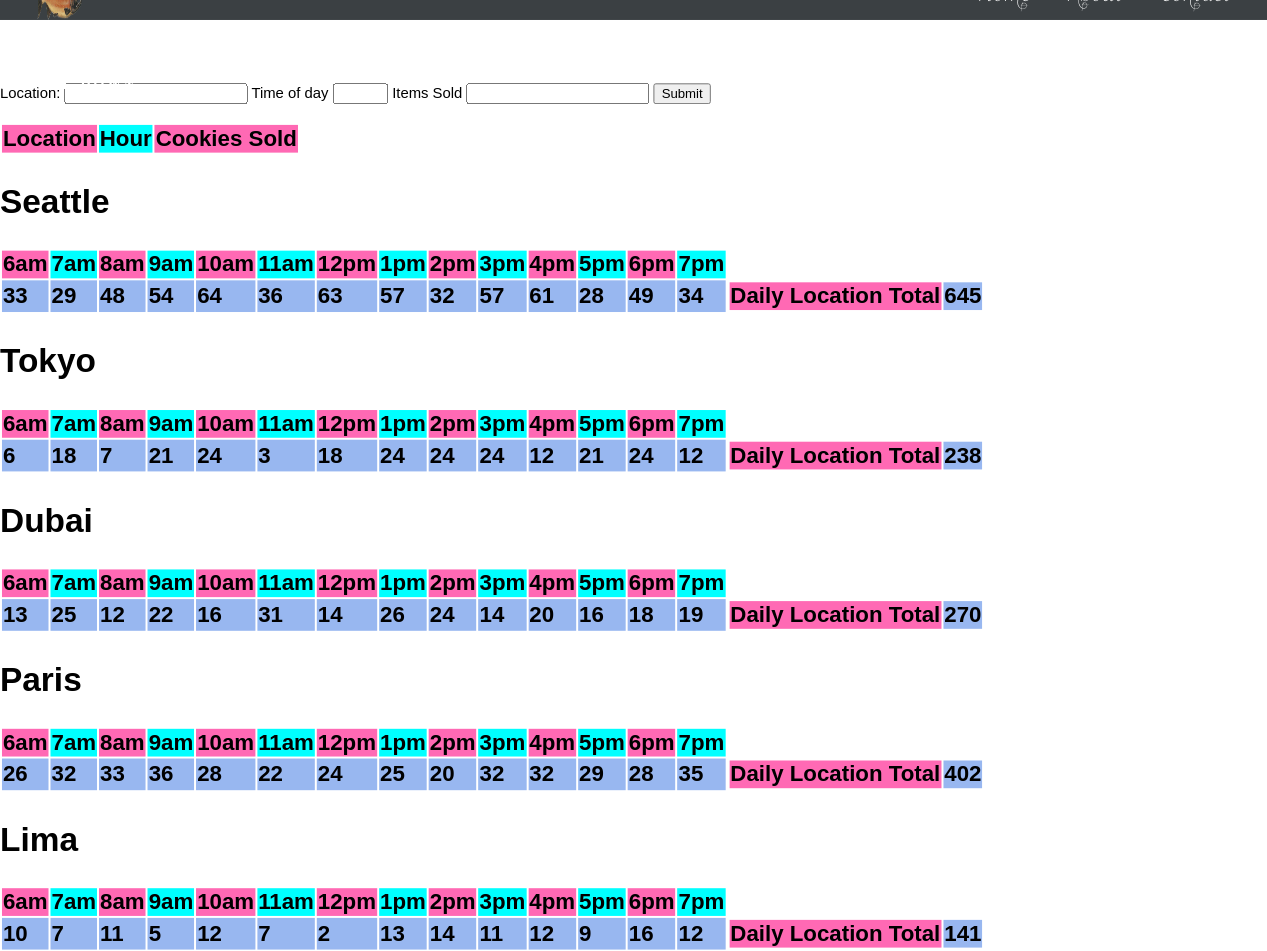
Repository: aaron1986/cookie_stand
Page: index.html
An editor plug-in stored every save of this project. The page is shown before and after the next save, followed by the edit.
The browser window is 1280 px wide. The pictures show the part of the page from y = 583 to 1544 px (the page is 1544 px tall before and 1245 px after), at 99% of full size.
A picture or video elsewhere on the page could not be fetched, so the positions and the page height are approximate.

Above is the page before, as saved 2023-09-28 15:36:41.

### index.html
<!DOCTYPE html>
<html lang="en">
<head>
    <meta charset="UTF-8">
    <meta name="viewport" content="width=device-width, initial-scale=1.0">
    <link rel="stylesheet" href="./style.css">
    <script src="./app.js" defer></script>
    <title>Document</title>
</head>
<body>
    <header>
        <video autoplay muted loop>
            <source src="./vid/salmon.mp4">
        </video>

     <!-- heading text -->
     <div class="container">
        <div class="hero-text">
            <h1>Experience <br>Salmon <br>Cookies</h1>
                <a class="scroll-down">Scroll Down</a>
         </div> <!-- end of hero-text -->
     </div> <!-- end of container -->

    </header>

    <main>


        <nav>
            <img src="./img/salmon.png">
            <ul>

                <li><a href="#">Home</a></li>
                <li><a href="#">About</a></li>
                <li><a href="#">Contact</a></li>
            </ul>
         </nav>

         <!-- form to insert data into table -->



         <div class="container">
        <form id="cookiesShop">
            <label for="location">Location: </label>
            <input type="text" id="location" name="location">

            <label for="hour">Time of day</label>
            <input type="number" id="hour" name="hour" min="6" max="19">

            <label for="cookiesSold">Items Sold</label>
            <input type="number" id="cookiesSold" name="cookiesSold" min="0">

            <button>Submit</button>

         </form>

         <h2>
            <table id="salesTable">
                <tr>
                    <th>Location</th>
                    <th>Hour</th>
                    <th>Cookies Sold</th>
                </tr>
            </table>

            <div id="shop-location"></div>
         </h2>
         </div>



    </main>

    <footer>

    </footer>
</body>
</html>

### style.css
th:nth-child(even) {
    background-color: aqua;
}

th:nth-child(odd) {
    background-color: hotpink;
}

td {
    background-color: rgb(152, 183, 240);
}


html, body {
    display: block;
    width: 100%;
    height:100%;
    margin: 0;
    padding: 0;
    background: transparent;
    font-size: 15px;
    font-family: "itc-avant-garde-gothic-pro", sans-serif;
}

.container {
    margin-top:5%;
}

video {
    margin-top: -6%;
    left: 0;
    width: 100%;
    height: 100%;
    background-color: rgba(0,0,0,.3);
    z-index: 1;
  }



/* start of hero text */

.hero-text {
    width: 100%;
  margin-top:-25%;
}


h1 {
    font-family: "heading-text";
    font-weight: 400;
  font-style: normal;
  font-size: 90px;
  color: #fff;
  text-indent: -16px;
    line-height: 78px;
    margin-bottom: 19px;
    text-align: center;
    justify-content: center;

}

@font-face {
    font-family: 'heading-text';
    src: url('./fonts/GarineldoNo02.otf');
}

.scroll-down {
    font: 700 14px/22px "Montserrat",serif;
  color: #fff;
  text-transform: uppercase;
  letter-spacing: 3px;
  bottom: 40px;
  z-index: 2;
  text-align: center;
  position: absolute;
}

/* end of hero text */


/* start of navigation */
nav {
    background-color: #3B4043;
    height:55px;
    margin-top: -15px;
}
ul {
   display: flex;
   justify-content: flex-end;
}
li {
    display: inline;
    margin-right: 3%;
    margin-top: -5%;
    font-family: "heading-text";
    font-size: 32px;
}

li a {
    color: #fff;
    text-decoration: none;
    list-style: none;
}

a:hover {
    transition: opacity .55s .2s,top .55s;
  opacity: .55;
  top: -10px;
  color: #d3b298;
  border-top: 2px solid #d3b298;
}

img {
    width: 45px;
    height:55px;
    margin-left:3%;
}

img:hover {
	-webkit-filter: grayscale(100%) blur(3px);
	filter: grayscale(100%) blur(3px);
}

### app.js
const Hours = ['6am', '7am', '8am', '9am', '10am', '11am', '12pm', '1pm', '2pm', '3pm', '4pm', '5pm', '6pm', '7pm'];

function randonNumber(min, max) {
    return Math.floor(Math.random() * (max - min + 1)) + min;
}

function ShopLocation(location, min, max, avg) {
    this.location = location;
    this.min = min;
    this.max = max;
    this.avg = avg;
    this.customersPerHour = [];
    this.cookiesPerHour = [];
    this.totalSold = 0;


    this.calcTotal = function() {
        for(let i = 0; i < Hours.length; i++) {
            const randNum = randonNumber(this.min, this.max);
                this.customersPerHour.push(randNum);
                this.cookiesPerHour.push(randNum * this.avg);
        }
    };

}

const shopLocationSeattle = new ShopLocation ("Seattle", 23, 65, 6.3);

const shopLocationTokyo = new ShopLocation("Tokyo", 3, 24, 1.2);

const shopLocationDubai = new ShopLocation("Dubai",11,38,3.7);

const shopLocationParis = new ShopLocation("Paris",20,38,2.3);

const shopLocationLima = new ShopLocation("Lima",2,16,4,6);

shopLocationSeattle.calcTotal();
shopLocationTokyo.calcTotal();
shopLocationDubai.calcTotal();
shopLocationParis.calcTotal();
shopLocationLima.calcTotal();


const shopLocationHtml = document.getElementById("shop-location");

function createShopLocation(locationData) {
    const article = document.createElement("article");

    //Headers
    const h2 = document.createElement("h2");
    h2.textContent = locationData.location;
    article.appendChild(h2);


    //Table information
    const table = document.createElement("table");

    const thead = document.createElement("thead");
    const headerRow = document.createElement("tr");

    // Loop through the hours and create table headers
    for (let i = 0; i < locationData.customersPerHour.length; i++) {
        const th = document.createElement("th");
        th.textContent = `${Hours[i]}`;
        headerRow.appendChild(th);
    }

    thead.appendChild(headerRow);
    table.appendChild(thead);

    const tbody = document.createElement("tbody");
    const dataRow = document.createElement("tr");

    // Loop through the customersPerHour
    for (let i = 0; i < locationData.customersPerHour.length; i++) {
        const td = document.createElement("td");
        td.textContent = `${locationData.customersPerHour[i]}`;
        dataRow.appendChild(td);
    }



    tbody.appendChild(dataRow);
        // Calculate the daily total for each hour
        const totalRow = document.createElement("tr");
        const totalCell = document.createElement("th");
        totalCell.textContent = "Daily Location Total";
        totalRow.appendChild(totalCell);


        let dailyTotal = 0;
        for(let i = 0; i < locationData.customersPerHour.length; i++) {
            dailyTotal += locationData.customersPerHour[i];
        }

        const td = document.createElement("td");
        td.textContent = `${dailyTotal}`;
        totalRow.appendChild(td);
        //console.log(dailytotal);





    dataRow.appendChild(totalRow);
    table.appendChild(tbody);
    article.appendChild(table);
    shopLocationHtml.appendChild(article);
}

createShopLocation(shopLocationSeattle);
createShopLocation(shopLocationTokyo);
createShopLocation(shopLocationDubai);
createShopLocation(shopLocationParis);
createShopLocation(shopLocationLima);

After the next save:
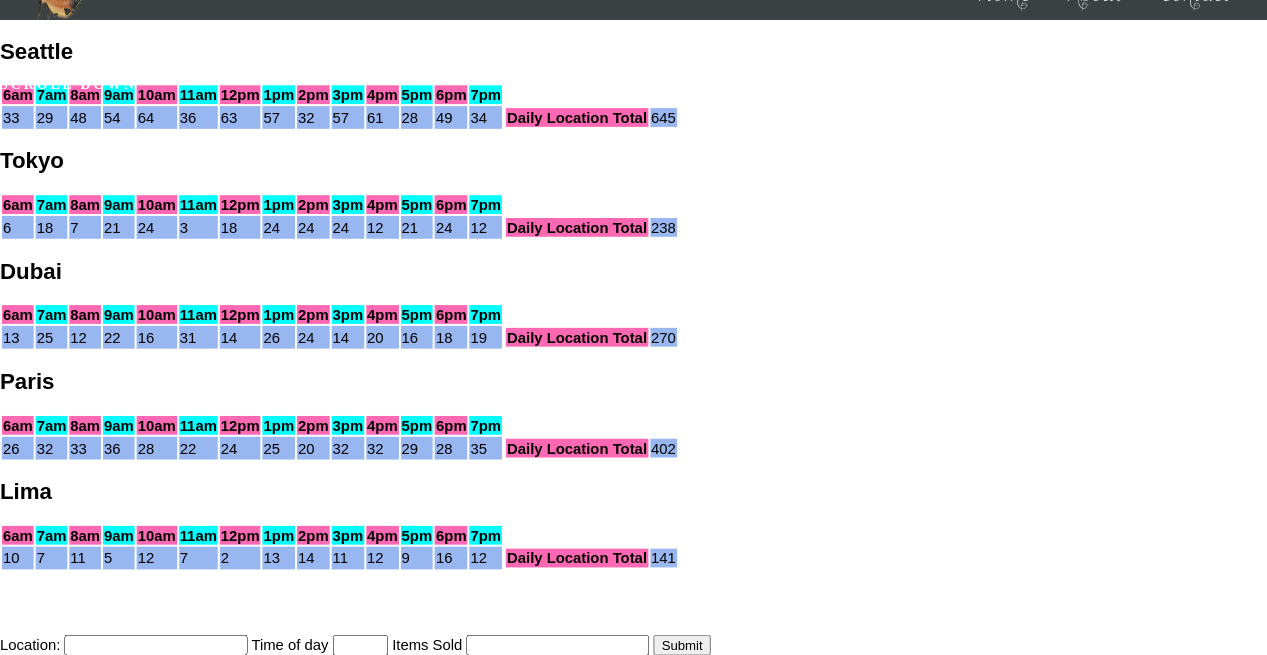
Saved 64 s later.
--- a/index.html
+++ b/index.html
@@ -38,8 +38,9 @@
 
          <!-- form to insert data into table -->
 
+         <div id="shop-location">
 
-
+         </div>
          <div class="container">
         <form id="cookiesShop">
             <label for="location">Location: </label>
@@ -54,22 +55,6 @@
             <button>Submit</button>
 
          </form>
-
-         <h2>
-            <table id="salesTable">
-                <tr>
-                    <th>Location</th>
-                    <th>Hour</th>
-                    <th>Cookies Sold</th>
-                </tr>
-            </table>
-
-            <div id="shop-location"></div>
-         </h2>
-         </div>
-
-
-
     </main>
 
     <footer>
